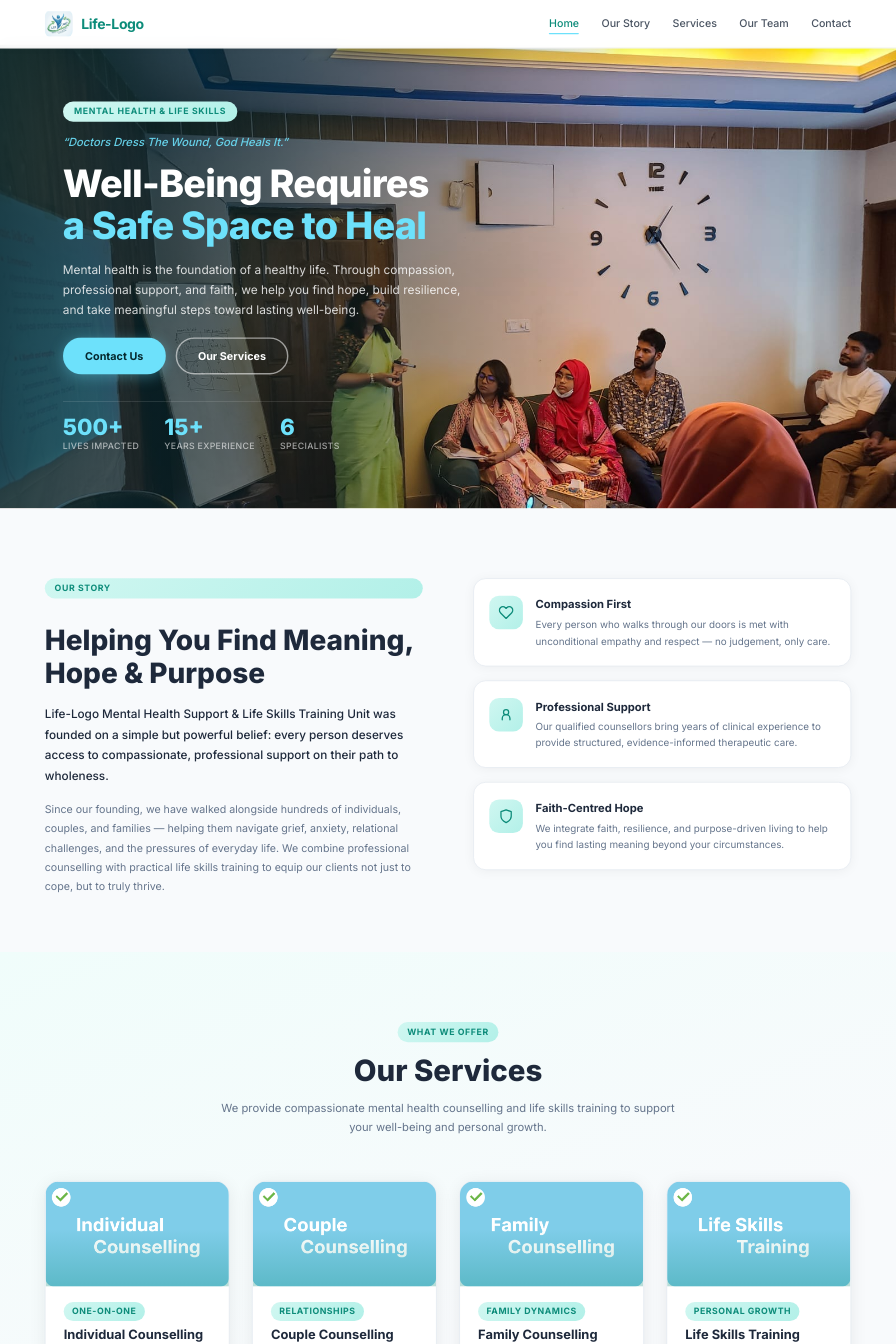
Repository: Tan47s/Lifelogo
Page: /
The author's editor kept a copy of each file at every save. The page is drawn from the files as they stood at one save, then again after the next save.
The browser window is 1280 px wide. The pictures show the part of the page from y = 0 to 1920 px (the page is 6284 px tall), at 70% of full size.
The project was rebuilt for these pictures with package versions that can differ from the ones it lists, and the page was loaded fresh each time. Also part of the build but not shown: vite.config.js.

Above is the page before, as saved 2026-08-24 12:30:08.

### index.html
<!doctype html>
<html lang="en">
  <head>
    <meta charset="UTF-8" />
    <link rel="icon" type="image/svg+xml" href="/favicon.svg" />
    <meta name="viewport" content="width=device-width, initial-scale=1.0" />
    <title>Life-Logo | Mental Health Counselling &amp; Life Skills</title>
    <meta name="description" content="Life-Logo Mental Health Support &amp; Life Skills Training Unit — professional counselling, resilience coaching, and compassionate support to help you find meaning, hope, and purpose." />
    <meta property="og:title" content="Life-Logo | Mental Health Counselling &amp; Life Skills" />
    <meta property="og:description" content="Professional counselling and life skills training to support your well-being and personal growth." />
    <meta property="og:type" content="website" />
  </head>
  <body>
    <div id="root"></div>
    <script type="module" src="/src/main.jsx"></script>
  </body>
</html>

### src/main.jsx
import { StrictMode } from 'react'
import { createRoot } from 'react-dom/client'

import { App } from './App.jsx'


createRoot(document.getElementById('root')).render(
  <StrictMode>
    <App />
  </StrictMode>,
)

### src/App.jsx
import React from 'react'
import { Header } from './comp/Header'
import { Herocon } from './comp/Herocon'
import { Contents2 } from './comp/Contents2'
import { Service2 } from './comp/Service2'
import { Counsellors } from './comp/Counsellors'
import { Contact } from './comp/Contact'
import { Footer } from './comp/Footer'
import Workshop from './comp/Workshop'
export const App = () => {
  return (
    <div>
      <Header/>
      <Herocon/>
      <Contents2/>
      <Service2/>
      <Workshop/>
      <Counsellors/>
      <Contact/>
      <Footer/>
    </div>
  )
}

### src/comp/Herocon.jsx
import './herocon.css'
import Hero from '../assets/hero3.jpg'
import bg from '../assets/workshop/ww3.jpeg'
const stats = [
  { value: '500+', label: 'Lives Impacted' },
  { value: '15+', label: 'Years Experience' },
  { value: '6',   label: 'Specialists' },
]

export const Herocon = () => {
  const scrollTo = (id) => {
    const el = document.getElementById(id)
    if (el) el.scrollIntoView({ behavior: 'smooth' })
  }

  return (
    <section
      id="home"
      className="hero-section"
      style={{ backgroundImage: `url(${bg})` }}
    >
      {/* layered overlay */}
      <div className="hero-overlay" />

      <div className="hero-content">
        {/* eyebrow badge */}
        <span className="hero-badge">Mental Health &amp; Life Skills</span>

        {/* quote */}
        <p className="hero-quote">
          &ldquo;Doctors Dress The Wound, God Heals It.&rdquo;
        </p>

        {/* headline */}
        <h1 className="hero-headline">
          Well-Being Requires<br />
          <span className="hero-headline-accent">a Safe Space to Heal</span>
        </h1>

        {/* sub-text */}
        <p className="hero-sub">
          Mental health is the foundation of a healthy life. Through compassion,
          professional support, and faith, we help you find hope, build
          resilience, and take meaningful steps toward lasting well-being.
        </p>

        {/* CTAs */}
        <div className="hero-ctas">
          <button
            id="hero-contact-btn"
            className="hero-btn hero-btn--primary"
            onClick={() => scrollTo('contact')}
          >
            Contact Us
          </button>
          <button
            id="hero-services-btn"
            className="hero-btn hero-btn--ghost"
            onClick={() => scrollTo('services')}
          >
            Our Services
          </button>
        </div>

        {/* Stats strip */}
        <div className="hero-stats">
          {stats.map((s, i) => (
            <div className="hero-stat" key={i}>
              <span className="hero-stat-value">{s.value}</span>
              <span className="hero-stat-label">{s.label}</span>
            </div>
          ))}
        </div>
      </div>
    </section>
  )
}

### src/comp/Contents2.jsx
import React from 'react'
import './Contents2.css'

const pillars = [
  {
    icon: (
      <svg viewBox="0 0 24 24" fill="none" stroke="currentColor" strokeWidth="2" strokeLinecap="round" strokeLinejoin="round">
        <path d="M20.84 4.61a5.5 5.5 0 0 0-7.78 0L12 5.67l-1.06-1.06a5.5 5.5 0 0 0-7.78 7.78l1.06 1.06L12 21.23l7.78-7.78 1.06-1.06a5.5 5.5 0 0 0 0-7.78z"/>
      </svg>
    ),
    title: 'Compassion First',
    desc: 'Every person who walks through our doors is met with unconditional empathy and respect — no judgement, only care.',
  },
  {
    icon: (
      <svg viewBox="0 0 24 24" fill="none" stroke="currentColor" strokeWidth="2" strokeLinecap="round" strokeLinejoin="round">
        <circle cx="12" cy="8" r="4"/>
        <path d="M6 20v-2a6 6 0 0 1 12 0v2"/>
      </svg>
    ),
    title: 'Professional Support',
    desc: 'Our qualified counsellors bring years of clinical experience to provide structured, evidence-informed therapeutic care.',
  },
  {
    icon: (
      <svg viewBox="0 0 24 24" fill="none" stroke="currentColor" strokeWidth="2" strokeLinecap="round" strokeLinejoin="round">
        <path d="M12 22s8-4 8-10V5l-8-3-8 3v7c0 6 8 10 8 10z"/>
      </svg>
    ),
    title: 'Faith-Centred Hope',
    desc: 'We integrate faith, resilience, and purpose-driven living to help you find lasting meaning beyond your circumstances.',
  },
]

export const Contents2 = () => {
  return (
    <section id="story" className="story-section">
      <div className="story-inner">

        {/* ---- Left column: text ---- */}
        <div className="story-text">
          <span className="section-badge">Our Story</span>
          <h2>Helping You Find Meaning, Hope &amp; Purpose</h2>
          <p className="story-lead">
            Life-Logo Mental Health Support &amp; Life Skills Training Unit was
            founded on a simple but powerful belief: every person deserves access
            to compassionate, professional support on their path to wholeness.
          </p>
          <p className="story-body">
            Since our founding, we have walked alongside hundreds of individuals,
            couples, and families — helping them navigate grief, anxiety, relational
            challenges, and the pressures of everyday life. We combine professional
            counselling with practical life skills training to equip our clients not
            just to cope, but to truly thrive.
          </p>
        </div>

        {/* ---- Right column: pillars ---- */}
        <div className="story-pillars">
          {pillars.map((p, i) => (
            <div className="story-pillar" key={i}>
              <div className="pillar-icon">{p.icon}</div>
              <div className="pillar-body">
                <h4>{p.title}</h4>
                <p>{p.desc}</p>
              </div>
            </div>
          ))}
        </div>

      </div>
    </section>
  )
}

### src/comp/Service2.jsx
import React from 'react'
import ser1 from '../assets/ser1.png'
import ser2 from '../assets/ser2.png'
import ser3 from '../assets/ser3.png'
import ser4 from '../assets/ser4.png'
import './Service2.css'

const services = [
  {
    img: ser1,
    title: 'Individual Counselling',
    tag: 'One-on-One',
    desc: 'A private, confidential space where you can explore personal challenges, process emotions, and develop healthier coping strategies with the guidance of a qualified counsellor.',
  },
  {
    img: ser2,
    title: 'Couple Counselling',
    tag: 'Relationships',
    desc: 'Helping couples navigate conflict, rebuild trust, and strengthen communication so they can grow together in a healthy, supportive partnership.',
  },
  {
    img: ser3,
    title: 'Family Counselling',
    tag: 'Family Dynamics',
    desc: 'We work with families to address relational tensions, improve understanding, and foster a home environment rooted in compassion and mutual respect.',
  },
  {
    img: ser4,
    title: 'Life Skills Training',
    tag: 'Personal Growth',
    desc: 'Practical workshops and coaching sessions that equip you with tools for resilience, emotional regulation, goal-setting, and purposeful living.',
  },
]

export const Service2 = () => {
  return (
    <section id="services" className="services-section">
      {/* Section Header */}
      <div className="services-header">
        <span className="section-badge">What We Offer</span>
        <h2>Our Services</h2>
        <p className="services-subtitle">
          We provide compassionate mental health counselling and life skills
          training to support your well-being and personal growth.
        </p>
      </div>

      {/* Cards Grid */}
      <div className="services-grid">
        {services.map((s, i) => (
          <div className="service-card" key={i}>
            <div className="service-img-wrap">
              <img src={s.img} alt={s.title} className="service-img" />
              <div className="service-img-overlay" />
            </div>
            <div className="service-info">
              <span className="service-tag">{s.tag}</span>
              <h3>{s.title}</h3>
              <p>{s.desc}</p>
            </div>
          </div>
        ))}
      </div>
    </section>
  )
}

### src/comp/Footer.jsx
import React from 'react'
import './Footer.css'
import logo from '../assets/logo.png'

export const Footer = () => {
  const year = new Date().getFullYear()

  const scrollTo = (id) => {
    const el = document.getElementById(id)
    if (el) el.scrollIntoView({ behavior: 'smooth' })
  }

  return (
    <footer className="footer">
      <div className="footer-inner">

        {/* Brand Column */}
        <div className="footer-brand">
          <div className="footer-logo-row">
            <img src={logo} alt="Life-Logo" className="footer-logo" />
            <span className="footer-name">Life-Logo</span>
          </div>
          <p className="footer-tagline">
            Mental Health Support &amp; Life Skills Training Unit — helping
            people discover meaning, hope, and purpose.
          </p>
        </div>

        {/* Quick Links */}
        <div className="footer-col">
          <h4>Quick Links</h4>
          <ul>
            {[
              { label: 'Home',        id: 'home' },
              { label: 'Our Story',   id: 'story' },
              { label: 'Services',    id: 'services' },
              { label: 'Our Team',    id: 'team' },
              { label: 'Contact',     id: 'contact' },
            ].map((l) => (
              <li key={l.id}>
                <button onClick={() => scrollTo(l.id)} className="footer-link">
                  {l.label}
                </button>
              </li>
            ))}
          </ul>
        </div>

        {/* Contact Column */}
        <div className="footer-col">
          <h4>Contact</h4>
          <ul className="footer-contact-list">
            <li>
              <span className="fc-icon">📍</span>
              House-19, Road-14, Sector-13, Uttara, Dhaka-1230, Bangladesh.
            </li>
            <li>
              <span className="fc-icon">📞</span>
              <a href="tel:+8801616190907">+8801616190907</a>
            </li>
            <li>
              <span className="fc-icon">✉️</span>
              <a href="mailto:lifelogo111@gmail.com">lifelogo111@gmail.com</a>
            </li>
            <li>
              <span className="fc-icon">💬</span>
              <a href="https://wa.me/233244567890" target="_blank" rel="noopener noreferrer">
                WhatsApp Us
              </a>
            </li>
          </ul>
        </div>

      </div>

      {/* Bottom Bar */}
      <div className="footer-bottom">
        <p>&copy; {year} Life-Logo Mental Health &amp; Life Skills. All rights reserved.</p>
        <p className="footer-note">Built with compassion 💚</p>
      </div>
    </footer>
  )
}

### src/Index.css

@import url('https://fonts.googleapis.com/css2?family=Inter:wght@100..900&display=swap');

:root {
  /* Brand */
  --primary: #6de1fb;        /* Teal from header */
  --primary-light: #02ff78;


  /* Logo greens */
  --green: #22C55E;
  --green-light: #DCFCE7;

  /* Blue accent */
  --blue: #38BDF8;
  --blue-light: #E0F2FE;

  /* Backgrounds */
  --background: #F8FAFC;
  --surface: #FFFFFF;

  /* Text */
  --text: #1E293B;
  --text-muted: #64748B;

  /* Borders */
  --border: #E2E8F0;
}

* {
  margin: 0;
  padding: 0;
  box-sizing: border-box;
  font-family: "Inter", sans-serif;
}

h1{
    font-weight: 800;
}

p{
    font-weight: 400;
}

### src/comp/Contents2.css
/* ============================================================
   OUR STORY SECTION
   ============================================================ */

.story-section {
  padding: 100px 5% 80px;
  background: var(--background);   /* #F8FAFC — same as Counsellors */
}

/* ---- Two-column inner wrapper ---- */
.story-inner {
  display: grid;
  grid-template-columns: 1fr 1fr;
  gap: 72px;
  max-width: 1200px;
  margin: 0 auto;
  align-items: start;
}

/* ========== LEFT: text column ========== */
.story-text {
  display: flex;
  flex-direction: column;
  gap: 20px;
}

.story-text h2 {
  font-size: clamp(26px, 3.5vw, 40px);
  font-weight: 800;
  color: var(--text);
  line-height: 1.18;
  margin: 0;
}

.story-lead {
  font-size: 1.05rem;
  color: var(--text);
  font-weight: 500;
  line-height: 1.75;
  margin: 0;
}

.story-body {
  font-size: 0.95rem;
  color: var(--text-muted);
  line-height: 1.8;
  margin: 0;
}

/* ========== RIGHT: pillars column ========== */
.story-pillars {
  display: flex;
  flex-direction: column;
  gap: 20px;
}

/* ---- Single pillar card ---- */
.story-pillar {
  display: flex;
  align-items: flex-start;
  gap: 18px;
  background: var(--surface);
  border: 1px solid var(--border);
  border-radius: 18px;
  padding: 24px 22px;
  box-shadow: 0 2px 16px rgba(0, 0, 0, 0.05);
  transition: transform 0.25s ease, box-shadow 0.25s ease;
}

.story-pillar:hover {
  transform: translateY(-4px);
  box-shadow: 0 8px 32px rgba(109, 225, 251, 0.18);
}

/* ---- Icon bubble ---- */
.pillar-icon {
  flex-shrink: 0;
  width: 48px;
  height: 48px;
  border-radius: 14px;
  background: linear-gradient(135deg, #d0f7f1, #b2f0e8);
  display: flex;
  align-items: center;
  justify-content: center;
  color: #0d8c7a;
}

.pillar-icon svg {
  width: 22px;
  height: 22px;
}

/* ---- Pillar text ---- */
.pillar-body {
  display: flex;
  flex-direction: column;
  gap: 5px;
}

.pillar-body h4 {
  font-size: 1rem;
  font-weight: 700;
  color: var(--text);
  margin: 0;
}

.pillar-body p {
  font-size: 0.88rem;
  color: var(--text-muted);
  line-height: 1.65;
  margin: 0;
}

/* ---- Responsive ---- */
@media (max-width: 860px) {
  .story-inner {
    grid-template-columns: 1fr;
    gap: 48px;
  }
}

@media (max-width: 640px) {
  .story-section {
    padding: 70px 5% 60px;
  }
}

### src/comp/Service2.css
/* ============================================================
   SERVICES SECTION  —  mirrors Counsellors card style
   ============================================================ */

.services-section {
  padding: 100px 5% 80px;
  background: linear-gradient(160deg, #f0fdfb 0%, #f8fafc 60%);
}

/* --- Header --- */
.services-header {
  text-align: center;
  max-width: 660px;
  margin: 0 auto 64px;
}

.services-header h2 {
  font-size: clamp(28px, 4vw, 42px);
  font-weight: 800;
  color: var(--text);
  margin-bottom: 16px;
  line-height: 1.15;
}

.services-subtitle {
  font-size: 1rem;
  color: var(--text-muted);
  line-height: 1.7;
}

/* --- Grid --- */
.services-grid {
  display: grid;
  grid-template-columns: repeat(auto-fit, minmax(260px, 1fr));
  gap: 32px;
  max-width: 1200px;
  margin: 0 auto;
}

/* --- Card --- */
.service-card {
  background: var(--surface);
  border-radius: 20px;
  overflow: hidden;
  box-shadow: 0 4px 24px rgba(0, 0, 0, 0.07);
  border: 1px solid var(--border);
  transition: transform 0.3s ease, box-shadow 0.3s ease;
}

.service-card:hover {
  transform: translateY(-8px);
  box-shadow: 0 12px 40px rgba(109, 225, 251, 0.25);
}

/* --- Image wrapper --- */
.service-img-wrap {
  position: relative;
  width: 100%;
  height: 150px;
  overflow: hidden;
}

.service-img {
  width: 100%;
  height: 100%;
  object-fit: cover;
  object-position: center;
  transition: transform 0.4s ease;
}

.service-card:hover .service-img {
  transform: scale(1.05);
}

.service-img-overlay {
  position: absolute;
  inset: 0;
  background: linear-gradient(to top, rgba(13, 140, 122, 0.3) 0%, transparent 55%);
  pointer-events: none;
}

/* --- Info block --- */
.service-info {
  padding: 22px 26px 28px;
  display: flex;
  flex-direction: column;
  gap: 8px;
}

.service-tag {
  display: inline-block;
  background: linear-gradient(135deg, #d0f7f1, #b2f0e8);
  color: #0d8c7a;
  font-size: 0.78rem;
  font-weight: 700;
  letter-spacing: 0.06em;
  text-transform: uppercase;
  padding: 4px 12px;
  border-radius: 999px;
  align-self: flex-start;
}

.service-info h3 {
  font-size: 1.15rem;
  font-weight: 700;
  color: var(--text);
  margin: 0;
  line-height: 1.3;
}

.service-info p {
  font-size: 0.9rem;
  color: var(--text-muted);
  line-height: 1.75;
  margin: 0;
}

/* --- Responsive --- */
@media (max-width: 640px) {
  .services-section {
    padding: 70px 5% 60px;
  }

  .services-grid {
    grid-template-columns: 1fr;
  }
}

### src/comp/Counsellors.css
/* ============================================================
   COUNSELLORS SECTION
   ============================================================ */

.counsellors-section {
  padding: 100px 5% 80px;
  background: var(--background);
}

/* --- Header --- */
.counsellors-header {
  text-align: center;
  max-width: 660px;
  margin: 0 auto 64px;
}

.counsellors-header h2 {
  font-size: clamp(28px, 4vw, 42px);
  font-weight: 800;
  color: var(--text);
  margin-bottom: 16px;
  line-height: 1.15;
}

.counsellors-subtitle {
  font-size: 1rem;
  color: var(--text-muted);
  line-height: 1.7;
}

/* --- Badge --- */
.section-badge {
  display: inline-block;
  background: linear-gradient(135deg, #d0f7f1, #b2f0e8);
  color: #0d8c7a;
  font-size: 0.78rem;
  font-weight: 700;
  letter-spacing: 0.07em;
  text-transform: uppercase;
  padding: 5px 14px;
  border-radius: 999px;
  margin-bottom: 16px;
}

/* --- Grid --- */
.counsellors-grid {
  display: grid;
  grid-template-columns: repeat(3, 1fr);
  gap: 36px;
  max-width: 1200px;
  margin: 0 auto;
}

@media (max-width: 960px) {
  .counsellors-grid {
    grid-template-columns: repeat(2, 1fr);
  }
}

/* --- Card --- */
.counsellor-card {
  background: var(--surface);
  border-radius: 20px;
  overflow: hidden;
  box-shadow: 0 4px 24px rgba(0, 0, 0, 0.07);
  transition: transform 0.3s ease, box-shadow 0.3s ease;
  border: 1px solid var(--border);
}

.counsellor-card:hover {
  transform: translateY(-8px);
  box-shadow: 0 12px 40px rgba(109, 225, 251, 0.25);
}

/* --- Image wrapper --- */
.counsellor-img-wrap {
  position: relative;
  width: 100%;
  height: 280px;
  overflow: hidden;
}

.counsellor-img {
  width: 100%;
  height: 100%;
  object-fit: cover;
  object-position: top center;
  transition: transform 0.4s ease;
}

.counsellor-card:hover .counsellor-img {
  transform: scale(1.04);
}

.counsellor-img-overlay {
  position: absolute;
  inset: 0;
  background: linear-gradient(to top, rgba(13, 140, 122, 0.35) 0%, transparent 60%);
  pointer-events: none;
}

/* --- Info block --- */
.counsellor-info {
  padding: 24px 28px 30px;
}

.counsellor-info h3 {
  font-size: 1.2rem;
  font-weight: 700;
  color: var(--text);
  margin-bottom: 4px;
}

.counsellor-role {
  display: inline-block;
  font-size: 0.82rem;
  font-weight: 600;
  color: #0d8c7a;
  background: linear-gradient(135deg, #d0f7f1, #b2f0e8);
  padding: 3px 10px;
  border-radius: 999px;
  margin-bottom: 14px;
  letter-spacing: 0.02em;
}

.counsellor-info p {
  font-size: 0.9rem;
  color: var(--text-muted);
  line-height: 1.75;
}

/* --- Responsive --- */
@media (max-width: 640px) {
  .counsellors-section {
    padding: 70px 5% 60px;
  }

  .counsellors-grid {
    grid-template-columns: 1fr;
  }
}

### src/comp/Footer.css
/* ============================================================
   FOOTER
   ============================================================ */

.footer {
  background: linear-gradient(135deg, #0f2027, #203a43, #2c5364);
  color: rgba(255, 255, 255, 0.85);
  padding-top: 64px;
}

.footer-inner {
  max-width: 1100px;
  margin: 0 auto;
  padding: 0 5% 48px;
  display: grid;
  grid-template-columns: 1.6fr 1fr 1.2fr;
  gap: 48px;
}

/* --- Brand Column --- */
.footer-brand {}

.footer-logo-row {
  display: flex;
  align-items: center;
  gap: 12px;
  margin-bottom: 16px;
}

.footer-logo {
  width: 44px;
  height: 44px;
  object-fit: contain;
  border-radius: 10px;
  background: white;
  padding: 3px;
}

.footer-name {
  font-size: 1.3rem;
  font-weight: 800;
  color: var(--primary);
  letter-spacing: -0.02em;
}

.footer-tagline {
  font-size: 0.9rem;
  line-height: 1.7;
  color: rgba(255, 255, 255, 0.6);
  max-width: 300px;
}

/* --- Columns --- */
.footer-col h4 {
  font-size: 0.8rem;
  font-weight: 700;
  letter-spacing: 0.1em;
  text-transform: uppercase;
  color: var(--primary);
  margin-bottom: 18px;
}

.footer-col ul {
  list-style: none;
  padding: 0;
  margin: 0;
  display: flex;
  flex-direction: column;
  gap: 10px;
}

/* Quick links */
.footer-link {
  background: none;
  border: none;
  padding: 0;
  cursor: pointer;
  font-size: 0.9rem;
  color: rgba(255, 255, 255, 0.7);
  text-align: left;
  transition: color 0.2s ease;
  font-family: inherit;
}

.footer-link:hover {
  color: var(--primary);
}

/* Contact list */
.footer-contact-list li {
  display: flex;
  align-items: flex-start;
  gap: 10px;
  font-size: 0.88rem;
  color: rgba(255, 255, 255, 0.7);
  line-height: 1.55;
}

.footer-contact-list a {
  color: rgba(255, 255, 255, 0.7);
  text-decoration: none;
  transition: color 0.2s ease;
}

.footer-contact-list a:hover {
  color: var(--primary);
}

.fc-icon {
  flex-shrink: 0;
  font-size: 1rem;
  margin-top: 1px;
}

/* --- Bottom Bar --- */
.footer-bottom {
  border-top: 1px solid rgba(255, 255, 255, 0.1);
  padding: 20px 5%;
  display: flex;
  align-items: center;
  justify-content: space-between;
  max-width: 100%;
}

.footer-bottom p {
  font-size: 0.82rem;
  color: rgba(255, 255, 255, 0.45);
  margin: 0;
}

.footer-note {
  font-size: 0.82rem;
  color: rgba(255, 255, 255, 0.45);
}

/* --- Responsive --- */
@media (max-width: 860px) {
  .footer-inner {
    grid-template-columns: 1fr 1fr;
  }
  .footer-brand {
    grid-column: span 2;
  }
}

@media (max-width: 540px) {
  .footer-inner {
    grid-template-columns: 1fr;
  }
  .footer-brand {
    grid-column: span 1;
  }
  .footer-bottom {
    flex-direction: column;
    gap: 6px;
    text-align: center;
  }
}

Loaded but not shown: src/comp/Contact.jsx (114 lines, source omitted); src/comp/Counsellors.jsx (101 lines, source omitted); src/App.css (221 lines, source omitted); src/comp/herocon.css (189 lines, source omitted); src/comp/Contact.css (202 lines, source omitted); src/comp/Header.jsx (102 lines, source omitted); src/comp/Workshop.jsx (93 lines, source omitted)

After the next save:
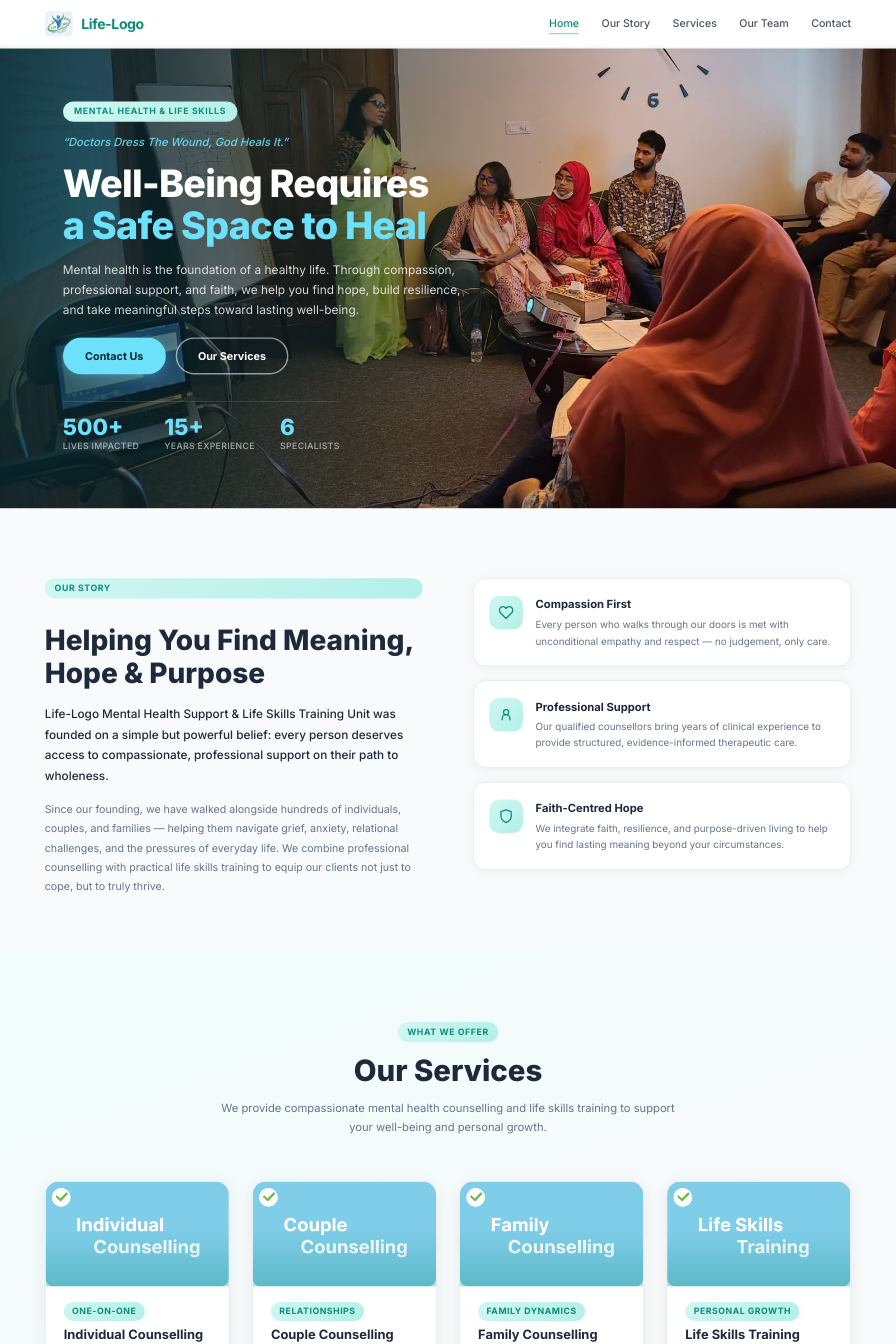
Saved 30 s later.
--- a/src/comp/Herocon.jsx
+++ b/src/comp/Herocon.jsx
@@ -1,6 +1,6 @@
 import './herocon.css'
 import Hero from '../assets/hero3.jpg'
-import bg from '../assets/workshop/ww3.jpeg'
+import bg from '../assets/workshop/ww5.jpeg'
 const stats = [
   { value: '500+', label: 'Lives Impacted' },
   { value: '15+', label: 'Years Experience' },
